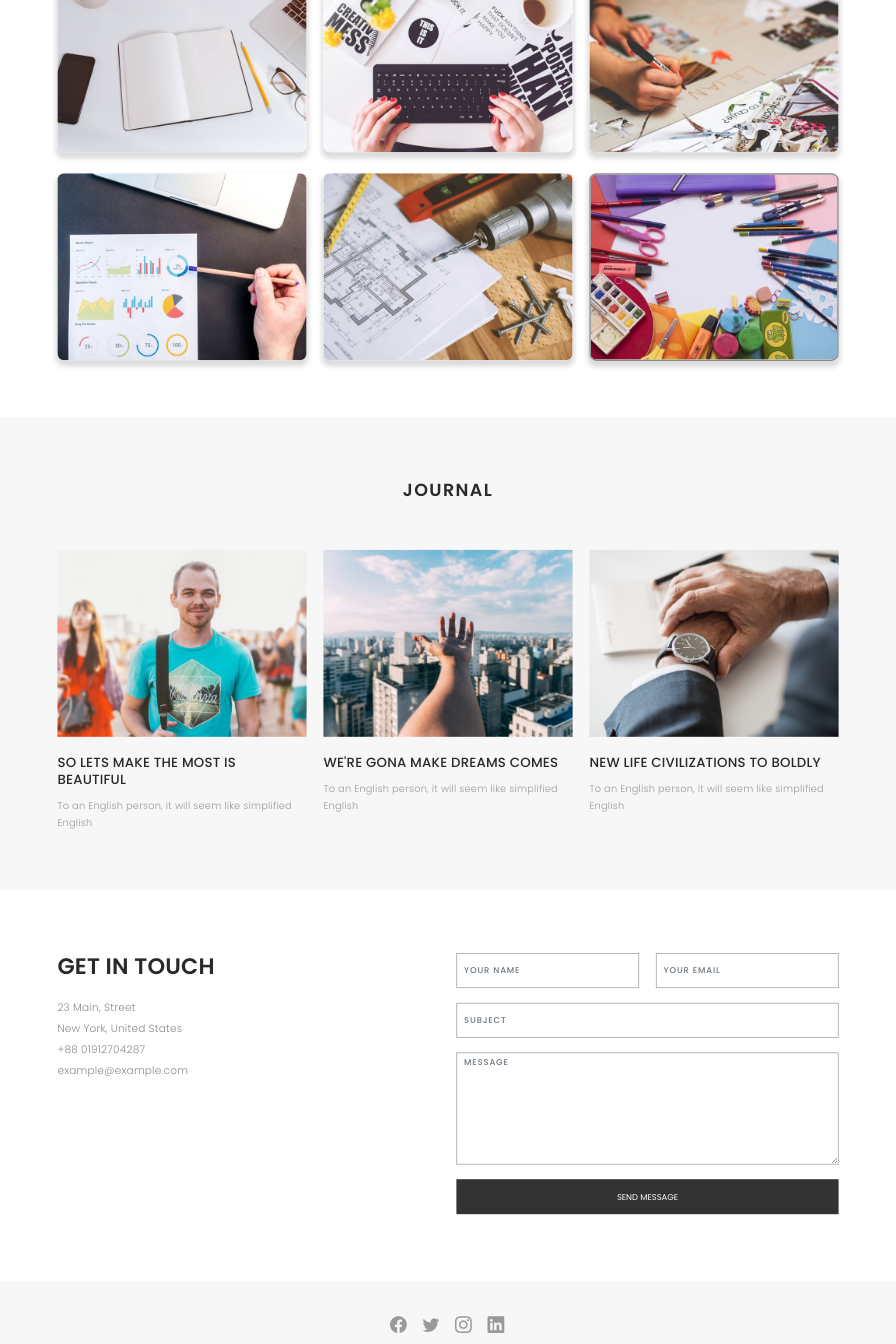
Repository: muhammedctgr/MrBayoA1
Page: index.html
These files come from the project's save history. The page is drawn as it stood at one moment and after the next save; the edit follows.
The browser window is 1280 px wide. The pictures show the part of the page from y = 1801 to 3721 px (the page is 3908 px tall before and 3909 px after), at 70% of full size.
Some web fonts or font styles are not loaded; a fallback is used.

Above is the page before, as saved 2022-10-18 11:52:05.

After the next save:
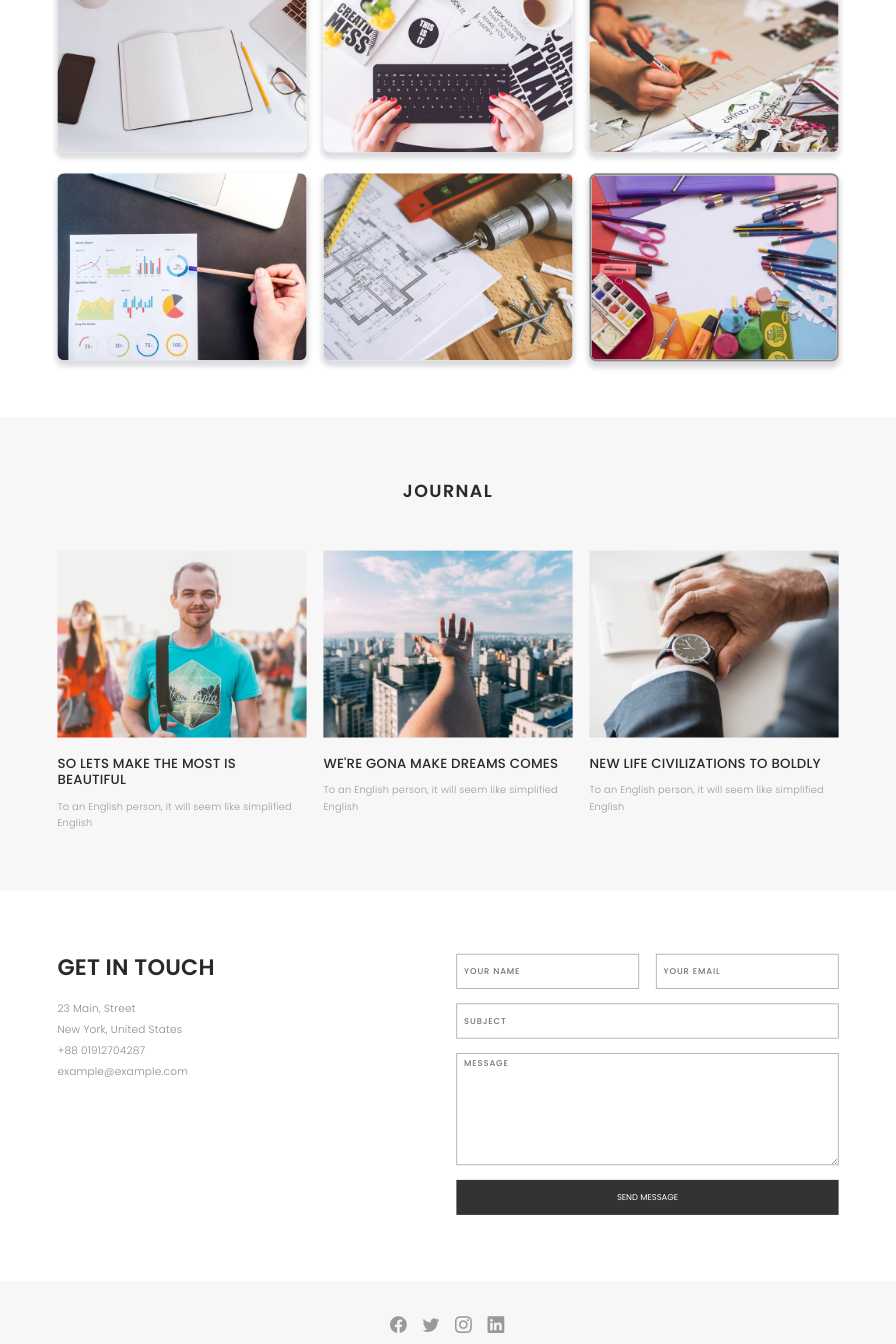
Saved 17 s later.
--- a/index.html
+++ b/index.html
@@ -178,7 +178,7 @@
           </div>
 
           <div class="col-lg-4 col-md-6 portfolio-item filter-app">
-            <img style="border-radius: 10px; border: 2px solid; box-shadow: 0px 6px 8px 3px rgba(1, 5, 26, 0.14);" src="assets/img/portfolio/portfolio-6.jpg" class="img-fluid" alt="">
+            <img style="border-radius: 10px; border: 3px solid; box-shadow: 0px 6px 8px 3px rgba(1, 5, 26, 0.14);" src="assets/img/portfolio/portfolio-6.jpg" class="img-fluid" alt="">
             <div class="portfolio-info">
               <h4>Thruways Realty</h4>
               <p>thruwaysrealty.com</p>

After the save that followed:
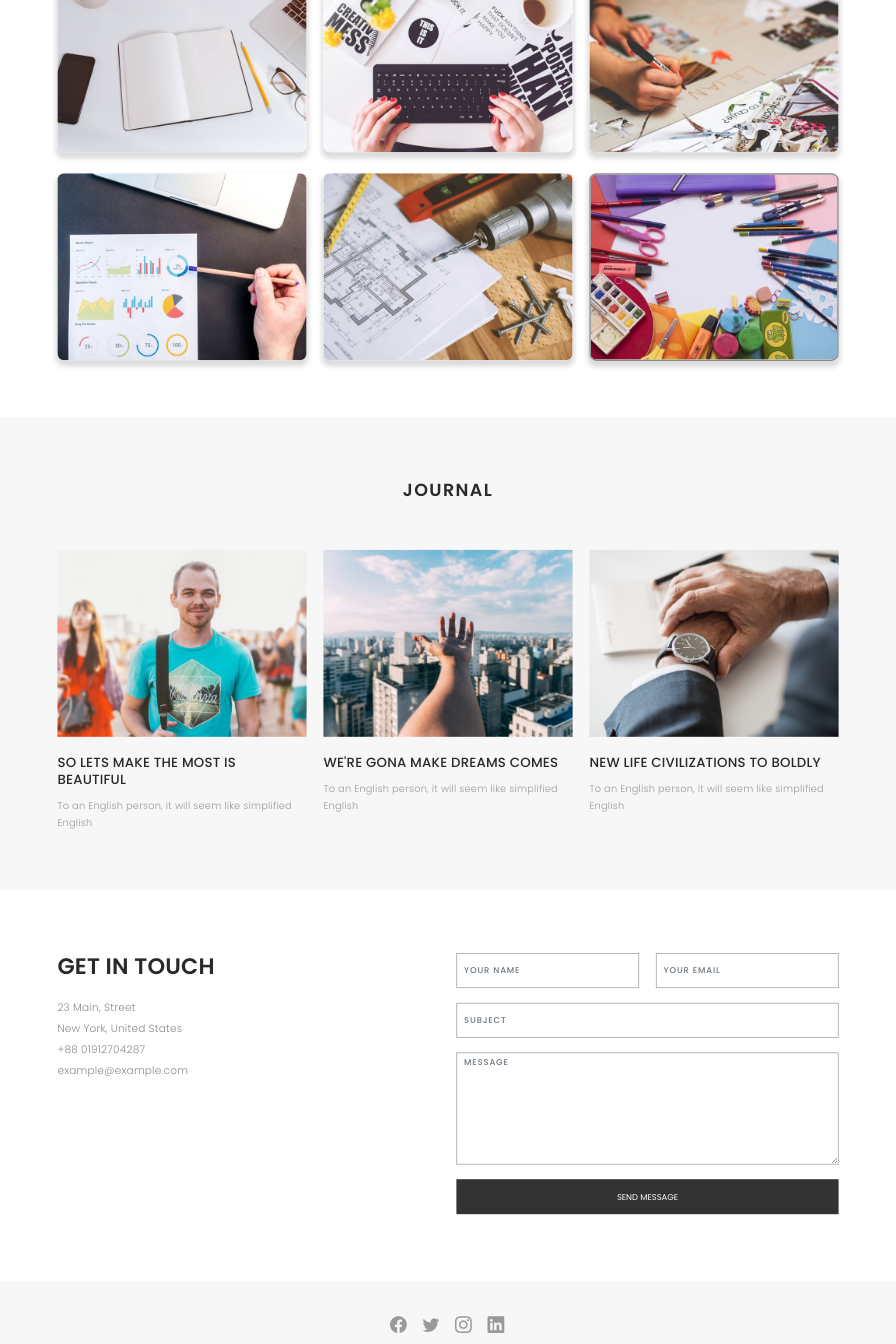
Saved 13 s later.
--- a/index.html
+++ b/index.html
@@ -178,7 +178,7 @@
           </div>
 
           <div class="col-lg-4 col-md-6 portfolio-item filter-app">
-            <img style="border-radius: 10px; border: 3px solid; box-shadow: 0px 6px 8px 3px rgba(1, 5, 26, 0.14);" src="assets/img/portfolio/portfolio-6.jpg" class="img-fluid" alt="">
+            <img style="border-radius: 10px; border: 2px solid; box-shadow: 0px 6px 8px 3px rgba(1, 5, 26, 0.14);" src="assets/img/portfolio/portfolio-6.jpg" class="img-fluid" alt="">
             <div class="portfolio-info">
               <h4>Thruways Realty</h4>
               <p>thruwaysrealty.com</p>
